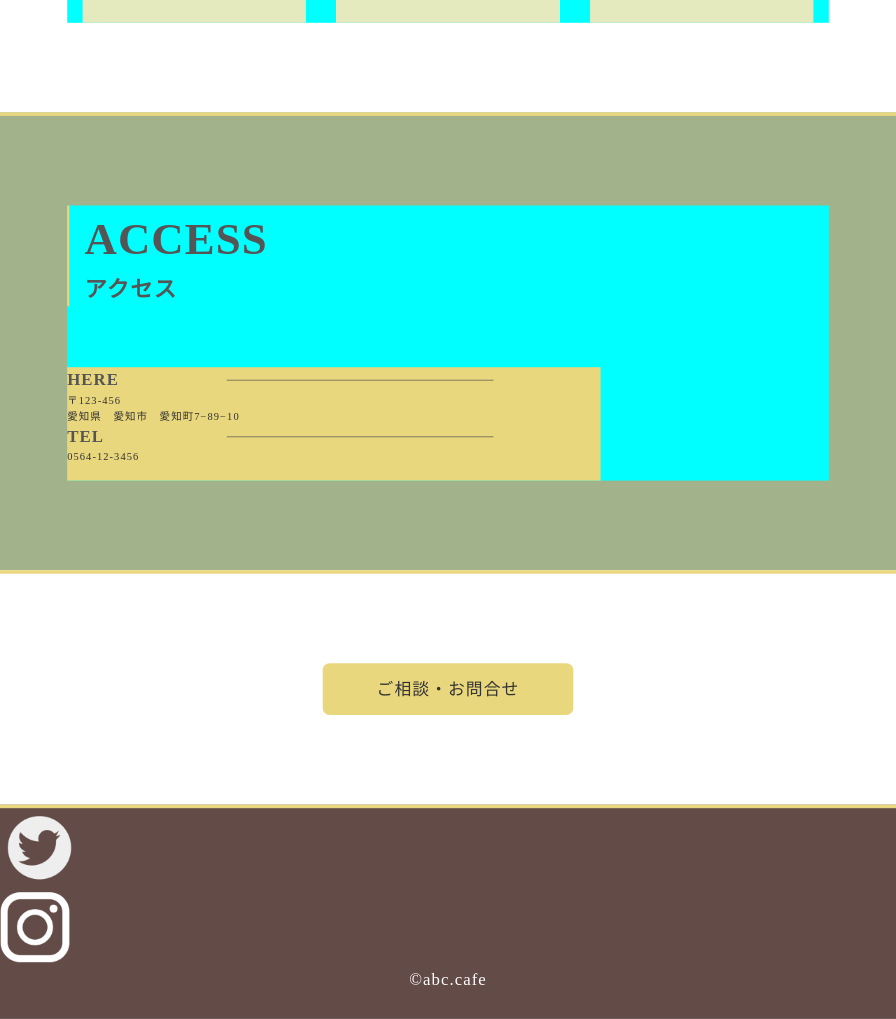
Repository: nozomi-23/lp1_test
Page: index.html
An editor plug-in stored every save of this project. The page is shown before and after a run of saves, followed by the edit.
The browser window is 1280 px wide. The pictures show the part of the page from y = 4061 to 5981 px (the page is 5517 px tall before and 5981 px after), at 70% of full size.

Above is the page before, as saved 2022-06-08 23:05:54.

After the next 4 saves:
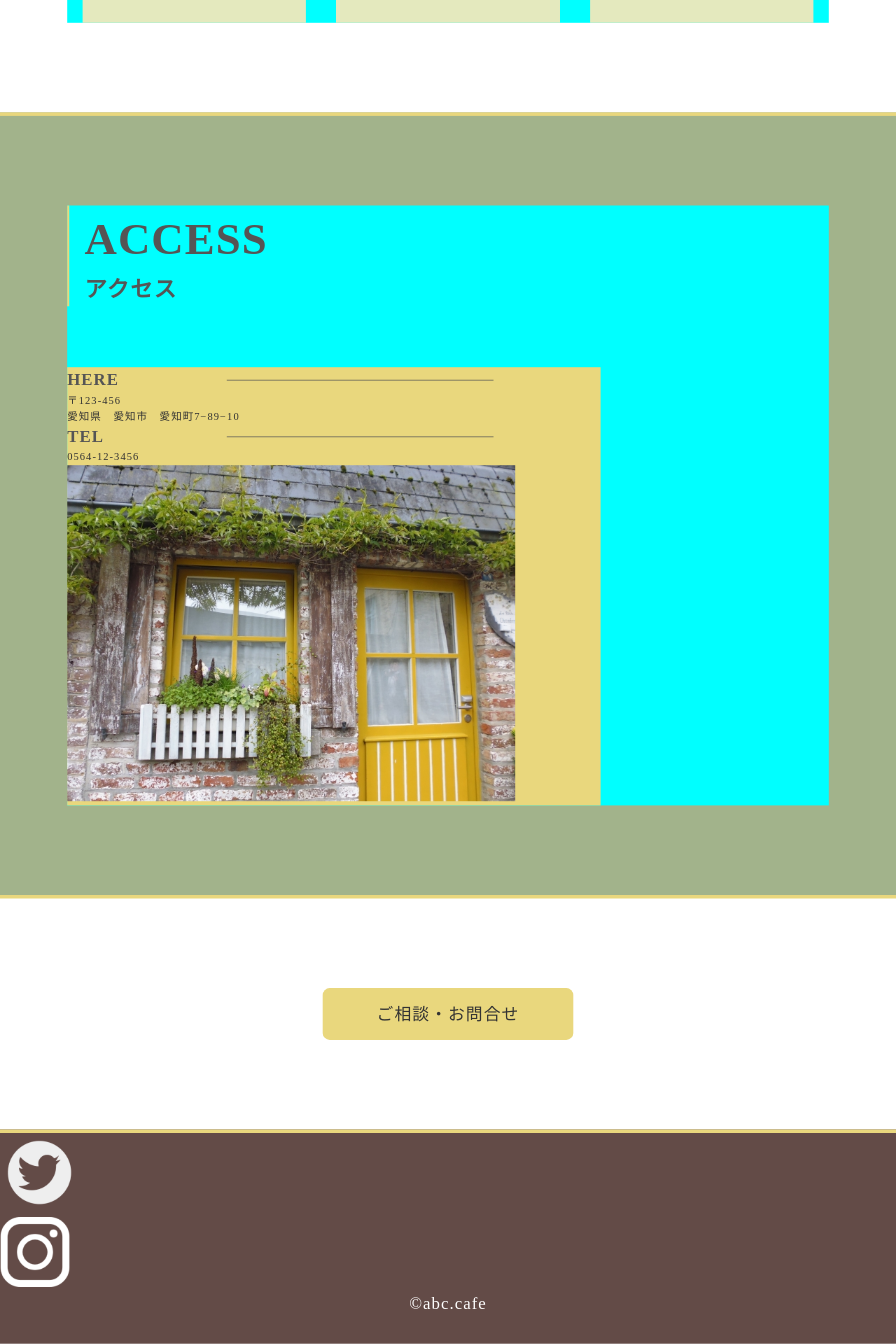
The 4 saves are shown as one change because they came seconds apart.
The last was saved 13 s later.
--- a/index.html
+++ b/index.html
@@ -152,7 +152,7 @@
         愛知県　愛知市　愛知町7−89−10</p>
         <p class="sub_title">TEL</p>
         <p class="adress">0564-12-3456</p>
-        <img src="" alt="">
+        <img src="img/access.png" alt="">
       </div>
 
 
